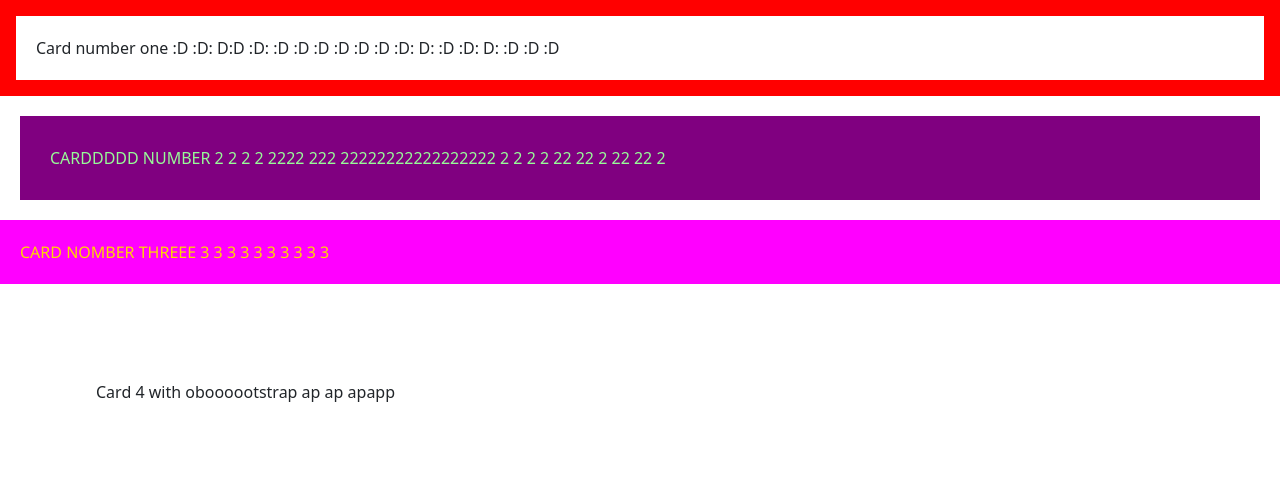
Repository: FbW-E01/spa-react-stylish-cards-gronger
Page: / (app in react-stuff/)
These files come from the project's save history. The page is drawn as it stood at one moment and after the next save; the edit follows.
The browser window is 1280 px wide. The pictures show the whole page.
The project was rebuilt for these pictures with package versions that can differ from the ones it lists, and the page was loaded fresh each time.

Above is the page before, as saved 2021-07-14 13:58:15.

### react-stuff/src/index.js
import React from 'react';
import ReactDOM from 'react-dom';
import './main.scss';
import 'bootstrap/dist/css/bootstrap.min.css';


function CardOneInline() {
  const divStyle = {
    border: '16px solid red',
    padding: '20px',
  }

  return <div style={divStyle}>
    Card number one :D :D: D:D :D: :D :D :D :D :D :D :D: D: :D :D: D: :D :D :D
  </div>
}

function CardTwoClass() {
  let className = 'purpleClass';

  return <div className={className}>
    CARDDDDD NUMBER 2 2 2 2 2222 222 22222222222222222 2 2 2 2 22 22 2 22 22  2
  </div>
}

function CardThreeScssClass() {
  return <div className='class-3'>
    CARD NOMBER THREEE 3 3 3 3 3 3 3 3 3 3
  </div>
}

function CardFourBootstrap() {
  return <div className="p-5 m-5 warning">
    Card 4 with oboooootstrap ap ap apapp
  </div>
}

ReactDOM.render(
  <div className="wrapper">
    <CardOneInline />
    <CardTwoClass />
    <CardThreeScssClass />
    <CardFourBootstrap />
  </div>

  , document.getElementById('root')
);

### react-stuff/src/main.scss
.wrapper {
    .class-3 {
        background-color: fuchsia;
        color: gold;
        font-family: 'Segoe UI', Tahoma, Geneva, Verdana, sans-serif;
        margin: auto;
        padding: 20px;
    }
    .purpleClass {
        color: palegreen;
        background-color: purple;
        padding: 30px;
        margin: 20px;
    }
}

Loaded but not shown: react-stuff/public/index.html (common file)

After the next save:
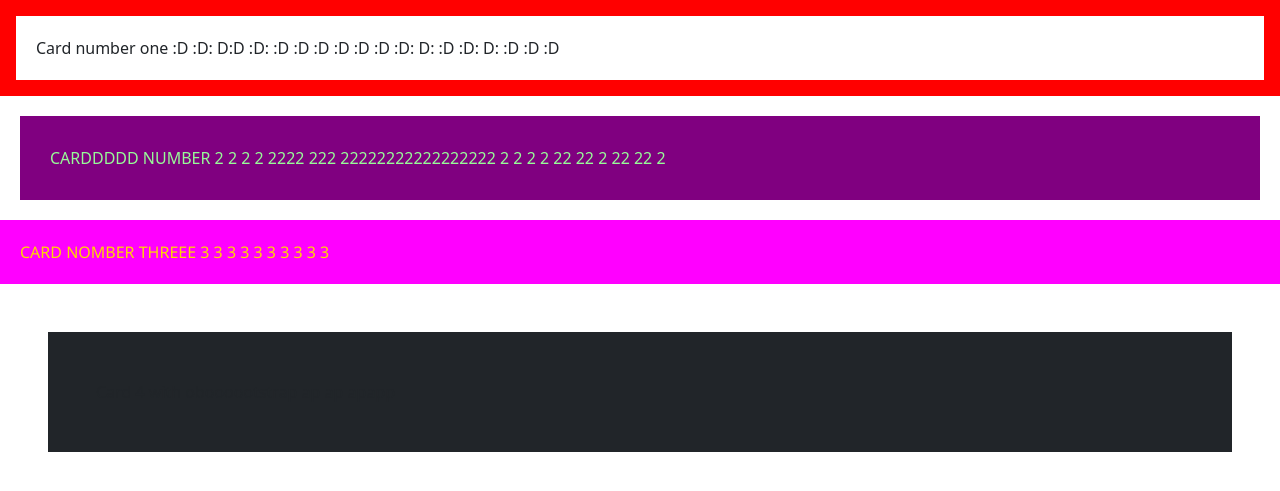
Saved 20 s later.
--- a/react-stuff/src/index.js
+++ b/react-stuff/src/index.js
@@ -30,7 +30,7 @@ function CardThreeScssClass() {
 }
 
 function CardFourBootstrap() {
-  return <div className="p-5 m-5 warning">
+  return <div className="p-5 m-5 warning bg-dark">
     Card 4 with oboooootstrap ap ap apapp
   </div>
 }
